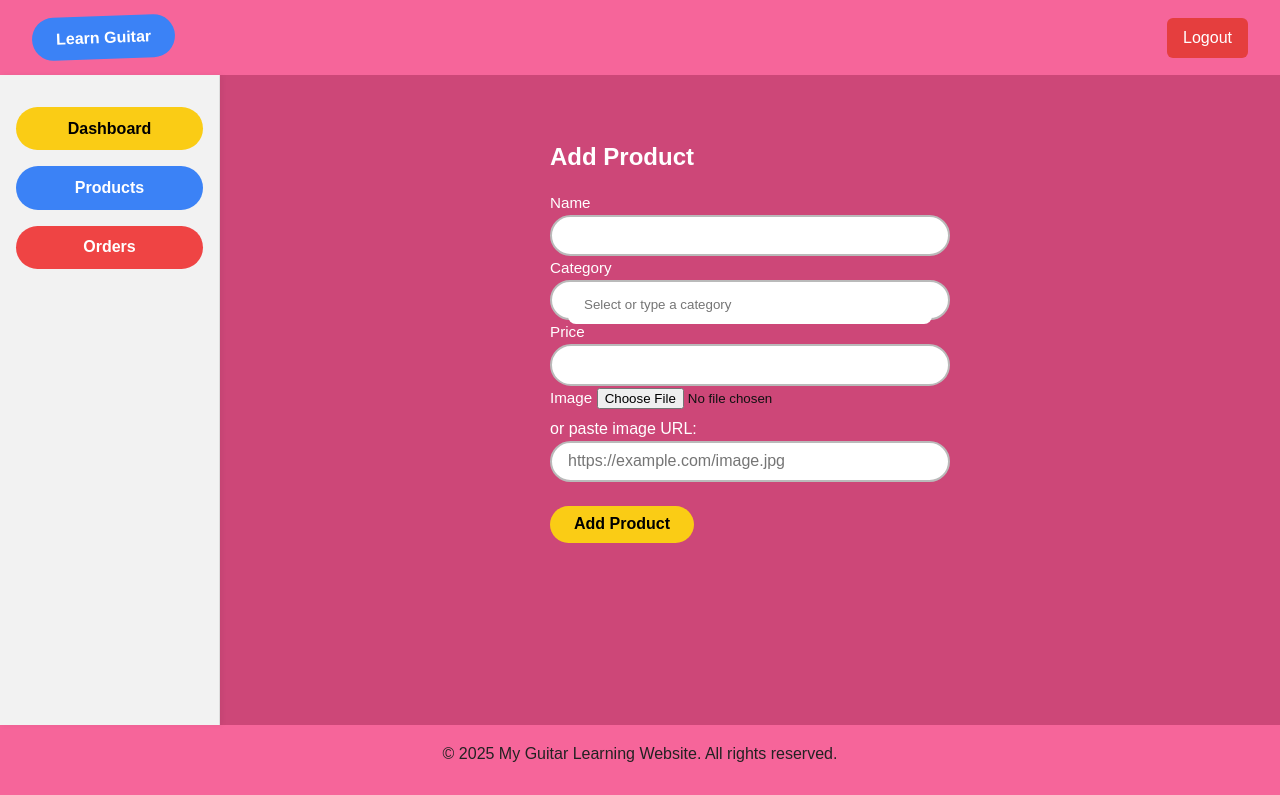
Repository: rywkoo/LearnGuitar
Page: templates/admin/addproduct.html
An editor plug-in stored every save of this project. The page is shown before and after the next save, followed by the edit.
The browser window is 1280 px wide. The pictures show the whole page.
The page is served by the project's application, run on Flask 3 (app.py). Other server files are loaded and not shown. The template is opened directly, without the code that normally fills it, so the values that code supplies are empty.

Above is the page before, as saved 2025-08-25 22:42:52.

### templates/admin/addproduct.html
{% extends "admin/admin_master.html" %}

{% block main_content %}


<style>
.custom-dropdown {
  position: relative;
  width: 100%;
  height: 40px;
}

.custom-dropdown input {
  width: 100%;
  height: 40px;
  padding: 1rem 1rem;
  margin-top: -20px;
  border-radius: 8px;
  border: 1px solid #ccc;
}

.dropdown-list {
  position: absolute;
  top: 100%;
  left: 0;
  right: 0;
  background: #fff;
  max-height: 150px;
  overflow-y: auto;
  border: 1px solid #ccc;
  border-radius: 8px;
  display: none;
  margin-top: 2px;
  z-index: 10;
}

.dropdown-list li {
  padding: 0.5rem;
  cursor: pointer;
}

.dropdown-list li:hover {
  background: #f0f0f0;
}

.dropdown-list li.other {
  font-style: italic;
  color: #555;
}
</style>


<div style="width: 400px; margin: 2rem auto;">
    <h2 style="color: white; margin-bottom: 1rem;">Add Product</h2>

    <form id="addProductForm" method="POST" enctype="multipart/form-data">
        <!-- Name -->
        <div class="mb-3">
            <label style="color: white;">Name</label>
            <input class="input" type="text" name="name" required>
        </div>

        <!-- Category -->
        <div class="mb-3">
            <label style="color: white;">Category</label>
            <div class="custom-dropdown input">
                <input
                    type="text"
                    id="categoryInput"
                    name="category"
                    placeholder="Select or type a category"
                    autocomplete="off"
                    value="{{ product['category'] if product else '' }}"
                    required
                    style="
                        background-color: white;
                        color: black;
                        border: none;
                        outline: none;
                        box-shadow: none;
                    "
                >

                <ul class="dropdown-list" id="categoryList">
                    {% for cat in categories %}
                        <li>{{ cat }}</li>
                    {% endfor %}
                    <li class="other">Other...</li>
                </ul>
            </div>
        </div>


        <!-- Price -->
        <div class="mb-3">
            <label style="color: white;">Price</label>
            <input class="input" type="number" name="price" required>
        </div>

        <!-- Image -->
        <div class="mb-3">
            <label style="color: white;">Image</label>
            <input type="file" name="image_file" accept="image/*" style="margin-bottom: 0.5rem;">
            <br>
            <span style="color: white;">or paste image URL:</span>
            <input class="input" type="text" name="image_url" placeholder="https://example.com/image.jpg">
        </div>

        <!-- Submit -->
    </br>
        <button class="btn btn-primary" type="submit">Add Product</button>
    </form>
</div>

<!-- Success Modal -->
<div id="successModal" style="
    display: none;
    position: fixed;
    inset: 0;
    background: rgba(0,0,0,0.5);
    justify-content: center;
    align-items: center;
    z-index: 999;
">
    <div style="
        background: #fff;
        padding: 2rem;
        border-radius: 12px;
        text-align: center;
        width: 300px;
    ">
        <div style="font-size: 3rem; color: green;">✔️</div>
        <h3>New Product Added!</h3>
    </div>
</div>

<script>
const form = document.getElementById('addProductForm');
const modal = document.getElementById('successModal');

form.addEventListener('submit', function(event) {
    event.preventDefault(); // Prevent default form submission

    const formData = new FormData(form);

    fetch(form.action || window.location.href, {
        method: 'POST',
        body: formData
    })
    .then(res => {
        if (res.ok) {
            // Show modal
            modal.style.display = 'flex';

            // Redirect to product list after 1.5s
            setTimeout(() => {
                window.location.href = "{{ url_for('admin_products') }}";
            }, 1500);
        } else {
            res.text().then(txt => alert('Error adding product: ' + txt));
        }
    })
    .catch(err => {
        console.error(err);
        alert('Error adding product.');
    });
});
</script>

<script>
const input = document.getElementById('categoryInput');
const list = document.getElementById('categoryList');

input.addEventListener('focus', () => {
  list.style.display = 'block';
});

input.addEventListener('input', () => {
  const value = input.value.toLowerCase();
  Array.from(list.children).forEach(li => {
    li.style.display = li.textContent.toLowerCase().includes(value) ? 'block' : 'none';
  });
});

Array.from(list.children).forEach(li => {
  li.addEventListener('click', () => {
    if (li.classList.contains('other')) {
      input.value = '';
      input.focus();
    } else {
      input.value = li.textContent;
    }
    list.style.display = 'none';
  });
});

document.addEventListener('click', e => {
  if (!e.target.closest('.custom-dropdown')) {
    list.style.display = 'none';
  }
});
</script>
{% endblock %}

### templates/admin/admin_master.html
<!DOCTYPE html>
<html lang="en">
<head>
  <meta charset="UTF-8">
  <title>{% block title %}My Flask App{% endblock %}</title>
  {% include "css.html" %}
</head>
<body style="margin:0; font-family: sans-serif;">

  <!-- ===== Navbar ===== -->
  <nav style="padding: 1rem 2rem; display: flex; justify-content: space-between; align-items: center; background: #f6659a; color:white;">
    <a href="/" class="btn btn-secondary btn-lg" style="transform: rotate(-2deg);">Learn Guitar</a>
    <div class="nav-links" style="display: flex; gap:5px;">
      <a href="/logout" style="padding: 0.5rem 1rem; background: #e53e3e; color:white; border-radius: 6px; text-decoration:none;">Logout</a>
    </div>
  </nav>

  <!-- ===== Layout Wrapper ===== -->
  <div style="display: flex; min-height: calc(100vh - 70px);">

    <!-- ===== Sidebar ===== -->
    <aside style="
      width: 220px;
      background: #f2f2f2;
      padding: 2rem 1rem;
      border-right: 1px solid #ddd;
      box-shadow: 2px 0 6px rgba(0,0,0,0.05);
    ">
      <nav style="display: flex; flex-direction: column; gap: 1rem;">
        <a class="btn btn-primary" href="/admin" >Dashboard</a>
        <a class="btn btn-secondary" href="/admin/products" >Products</a>
        <a class="btn btn-danger" href="/admin/orders" >Orders</a>
      </nav>
    </aside>

    <!-- ===== Main Content ===== -->
    <main style="flex: 1; padding: 2rem;">
      {% block main_content %}
      <!-- Page content will go here -->
      {% endblock %}
    </main>

  </div>

  <!-- ===== Footer ===== -->
  <footer style="text-align: center; padding: 1rem 1rem; background: #f6659a; color:white; border-top: 1px solid #f6659a;">
    <p>&copy; 2025 My Guitar Learning Website. All rights reserved.</p>
  </footer>

  {% include "script.html" %}

  <script src="https://unpkg.com/vue@3/dist/vue.global.js"></script>
</body>
</html>

### templates/css.html
<!-- css.html -->
<link rel="stylesheet" href="{{ url_for('static', filename='css/btn.css') }}">
<link rel="stylesheet" href="{{ url_for('static', filename='css/card.css') }}">
<link rel="stylesheet" href="{{ url_for('static', filename='css/input.css') }}">
<link rel="stylesheet" href="{{ url_for('static', filename='css/typography.css') }}">
<link rel="stylesheet" href="{{ url_for('static', filename='css/style.css') }}">
<link rel="stylesheet" href="{{ url_for('static', filename='css/animation.css') }}">
<link rel="stylesheet" href="{{ url_for('static', filename='css/lesson.css') }}">
<link rel="stylesheet" href="{{ url_for('static', filename='css/shop.css') }}">

### templates/script.html
<script src="https://cdn.jsdelivr.net/npm/sweetalert2@11"></script>
<script>
  // ===== Background Slider =====
  (function() {
    const bgSlider = document.querySelector('.hero-left .hero-bg-slider');
    if (!bgSlider) return; // Exit if element doesn't exist

    const images = [
      'https://www.uk-anime.net/images/bocchimain.png',
      'https://www.cnet.com/a/img/resize/3b4b3e192a9d75bd060ba4debe8d13a14caef990/hub/2024/07/06/b6981ace-771d-4971-8a9e-60e8c83bc66e/bocchi-the-rock-photo-1.jpg?auto=webp&fit=crop&height=900&width=1200',
      'https://www.uk-anime.net/images/bocchimain.png',
      'https://www.cnet.com/a/img/resize/3b4b3e192a9d75bd060ba4debe8d13a14caef990/hub/2024/07/06/b6981ace-771d-4971-8a9e-60e8c83bc66e/bocchi-the-rock-photo-1.jpg?auto=webp&fit=crop&height=900&width=1200'
    ];

    let current = 0;

    function changeBackground() {
      bgSlider.style.backgroundImage = `url(${images[current]})`;
      current = (current + 1) % images.length;
    }

    changeBackground();
    setInterval(changeBackground, 5000);
  })();
</script>

<script>
  // ===== Quantity Adjust =====
  function adjustQty(delta) {
    const input = document.getElementById('quantityInput');
    if (!input) return; // Exit if element doesn't exist

    let value = parseInt(input.value);
    if (!isNaN(value)) {
      input.value = Math.max(1, value + delta);
    }
  }
</script>

### app.py
from flask import Flask, render_template, request, redirect, url_for, flash, session, jsonify
from flask_mail import Mail, Message
import json
import requests
from datetime import date
from dotenv import load_dotenv
import os
from reportlab.lib.pagesizes import letter
from reportlab.pdfgen import canvas

app = Flask(__name__)
app.secret_key = "741e4fa4-f067-4aec-b48d-deb18e9cca92"

import route

@app.route("/components")
def components():
    return render_template("component.html")

if __name__ == "__main__":
    app.run(debug=True)

### static/css/btn.css
.btn {
  display: inline-block;
  padding: 0.6rem 1.5rem;
  border-radius: 9999px;  /* fully rounded */
  border: none;
  cursor: pointer;
  font-weight: 600;
  text-decoration: none;
  transition: background 0.2s, box-shadow 0.2s;
  font-size: 1rem;

  /* Add shadow */
/* flat shadow downwards */
}

/* Optional: hover effect (slightly stronger shadow) */
.btn:hover {
  box-shadow: 0 3px 0 #45454576;
}

/* Primary: Yellow bg, black text */
.btn-primary {
  background: #facc15;
  color: #000;
}

/* Secondary: Blue bg, white text */
.btn-secondary {
  background: #3b82f6;
  color: #fff;
}

/* Danger: Red bg, white text */
.btn-danger {
  background: #ef4444;
  color: #fff;
}

### static/css/card.css
/* ===== Base Card Component ===== */
.card {
  border-radius: 16px;       /* rounded corners */
  padding: 1.5rem;
  margin-bottom: 1.5rem;
  transition: box-shadow 0.3s, transform 0.2s;
  color: #111;               /* default text color */
  box-shadow: 0 4px 0 #888888; /* default flat shadow */
}

.card:hover {
  transform: translateY(-2px);
  box-shadow: 0 6px 0 #888888; /* slightly longer shadow on hover */
}

/* ===== Card Variants ===== */

/* Primary - Pink */
.card-pink {
  background: #f6659a;       /* light pink */
  box-shadow: 0 4px 0 #d35c7f;
}
.card-pink:hover {
  box-shadow: 0 6px 0 #af4d6b;
}

/* Secondary - Yellow */
.card-yellow {
  background: #facc15;       /* yellow */
  box-shadow: 0 4px 0 #d4a90f;
}
.card-yellow:hover {
  box-shadow: 0 6px 0 #e0b01a;
}

/* Danger/Accent - Blue */
.card-blue {
  background: #3b82f6;       /* blue */
  color: #fff;               /* white text for contrast */
  box-shadow: 0 4px 0 #2563eb;
}
.card-blue:hover {
  box-shadow: 0 6px 0 #1d4ed8;
}

/* Card header */
.card h2 {
  font-size: 1.25rem;
  margin-bottom: 0.8rem;
}

/* Card paragraph/text */
.card p {
  font-size: 1rem;
}

### static/css/input.css
/* ===== Input Fields ===== */
* {
  margin: 0;
  padding: 0;
  box-sizing: border-box; /* ensures padding is included in width */
}


.input {
  width: 100%;
  padding: 0.6rem 1rem;
  border: 2px solid #bababa;   /* gray border matching shadow */
  border-radius: 9999px;       /* fully rounded, like buttons */
  background: #ffffff;         /* very light pink background */
  font-size: 1rem;
  outline: none;
  transition: border-color 0.2s, box-shadow 0.2s;
  color: #111;                 /* dark text */
}

### static/css/typography.css
/* ===== Global Text Settings ===== */
body {
  font-family: 'Segoe UI', Tahoma, Geneva, Verdana, sans-serif;
  color: #111;       /* dark text for readability */
  line-height: 1.5;
  background: #fffafc; /* subtle light background */
}

/* ===== Headings ===== */
h1 {
  font-size: 2rem;
  font-weight: 700;
  margin-bottom: 1rem;
  color: #111;
}

h2 {
  font-size: 1.5rem;
  font-weight: 600;
  margin-bottom: 0.8rem;
  color: #111;
}

h3 {
  font-size: 1.25rem;
  font-weight: 500;
  margin-bottom: 0.6rem;
  color: #111;
}

/* ===== Paragraphs ===== */
p {
  font-size: 1rem;
  margin-bottom: 0.8rem;
  color: #222;  /* slightly lighter than headings */
}

/* ===== Labels ===== */
label {
  font-size: 0.95rem;
  font-weight: 500;
  color: #111;
}

/* ===== Links ===== */
a {
  text-decoration: none;
  transition: color 0.2s;
}

a:hover {
  text-decoration: none;
}

/* ===== Small Text ===== */
small {
  font-size: 0.85rem;
  color: #ffffff;
}

/* ===== Button Text ===== */
.btn {
  font-family: inherit; /* use same font as body */
  font-weight: 600;
  font-size: 1rem;
  text-align: center;
}

### static/css/style.css
body {
    background-color: #cd4778;
}

### static/css/animation.css

/* Animate background position horizontally */
@keyframes slideBg {
  0% { background-position: 0% center; }
  25% { background-position: 100% center; }
  50% { background-position: 200% center; }
  75% { background-position: 300% center; }
  100% { background-position: 400% center; }
}

### static/css/lesson.css
/* ===== Lesson Cards ===== */
.lesson-card {
  display: flex;
  align-items: center;
  gap: 1rem;
  padding: 1rem 1.5rem;
  border-radius: 16px;
  box-shadow: 0 4px 0 #888888; /* flat shadow downward */
  background: #fff;
  transition: transform 0.2s, box-shadow 0.2s;
}

.lesson-card:hover {
  transform: translateY(-3px);
  box-shadow: 0 6px 0 #666666;
}

/* Lesson image on the left */
.lesson-image img {
  width: 100px;
  height: 100px;
  object-fit: cover;
  border-radius: 8px;
}

/* Title in the middle */
.lesson-title {
  flex: 1;
  font-size: 1.2rem;
  color: #111;
}

/* Button on the right */
.lesson-action .btn {
  padding: 0.5rem 1.2rem;
  font-size: 1rem;
}

/* Optional: responsive for small screens */
@media (max-width: 600px) {
  .lesson-card {
    flex-direction: column;
    align-items: flex-start;
  }
  .lesson-action {
    width: 100%;
    margin-top: 0.5rem;
  }
}

### static/css/shop.css
/* ===== Shop Container ===== */

.hidden-card {
    display: none !important;
}

.shop-container {
  display: flex;
  gap: 2rem;
  padding: 2rem;
  max-width: 1400px;    /* limit width */
  margin: 0 auto;       /* center horizontally */
  box-sizing: border-box;
}

/* ===== Shop Sidebar ===== */
.shop-sidebar {
  width: 400px;
  flex-shrink: 0;
  background: #f5f5f5;
  padding: 1.5rem;
  border-radius: 16px;
  box-shadow: 0 4px 0 #ccc;
  display: flex;
  flex-direction: column;
  gap: 1.5rem;
  position: sticky;
  top: 1rem;
  height: fit-content;
}

/* Sidebar headings */
.shop-sidebar h3 {
  font-size: 1.1rem;
  font-weight: 600;
  color: #111;
  margin-bottom: 0.5rem;
}

/* Inputs inside sidebar */
.shop-sidebar input[type="text"],
.shop-sidebar input[type="checkbox"] {
  margin-bottom: 0.5rem;
}

/* Checkbox labels */
.shop-sidebar label {
  display: flex;
  align-items: center;
  gap: 0.5rem;
  font-size: 0.9rem;
  color: #111;
  cursor: pointer;
}

/* Filter button */
.shop-sidebar .btn-filter {
  background: #3b82f6;
  color: #fff;
  padding: 0.6rem 1rem;
  border-radius: 12px;
  font-weight: 600;
  border: none;
  cursor: pointer;
  transition: background 0.2s, box-shadow 0.2s;
}
.shop-sidebar .btn-filter:hover {
  background: #2563eb;
  box-shadow: 0 3px 0 #666;
}

/* ===== Shop Products Grid ===== */
.shop-products {
  display: grid;
  grid-template-columns: repeat(auto-fill, minmax(250px, 1fr));
  gap: 1rem;
  flex: 1;
}

/* ===== Shop / Instrument Card ===== */
.shop-card {
  display: flex;
  flex-direction: column;
  align-items: center;
  gap: 0.5rem;
  padding: 1rem;
  border-radius: 16px;
  box-shadow: 0 4px 0 #888;
  background: #fff;
  transition: transform 0.2s, box-shadow 0.2s;
}
.shop-card:hover {
  transform: translateY(-3px);
  box-shadow: 0 6px 0 #666;
}

/* Category badge */
.shop-card .shop-category {
  padding: 0.2rem 0.6rem;
  border-radius: 12px;
  background-color: #facc15;
  color: #111;
  font-size: 0.8rem;
  font-weight: 600;
  text-transform: uppercase;
}

/* Instrument image */
.shop-card img {
  width: 100%;
  aspect-ratio: 1 / 1;
  object-fit: cover;
  border-radius: 12px;
}

/* Instrument title */
.shop-card .shop-title {
  font-size: 1.1rem;
  font-weight: 600;
  text-align: center;
  color: #111;
}

/* Price */
.shop-card .shop-price {
  font-size: 1rem;
  font-weight: 500;
  color: #444;
}

/* Add to Cart button */
.shop-card .btn-add {
  padding: 0.5rem 1rem;
  margin-top: 0.5rem;
  width: 100%;
  text-align: center;
  border-radius: 12px;
}

/* ===== Responsive adjustments ===== */
@media (max-width: 992px) {
  .shop-container {
    flex-direction: column;
  }

  .shop-sidebar {
    width: 100%;
    position: relative;
    top: auto;
    box-shadow: none;
    border-radius: 0;
    padding: 1rem 0;
  }

  .shop-products {
    grid-template-columns: repeat(auto-fill, minmax(200px, 1fr));
  }
}

After the next save:
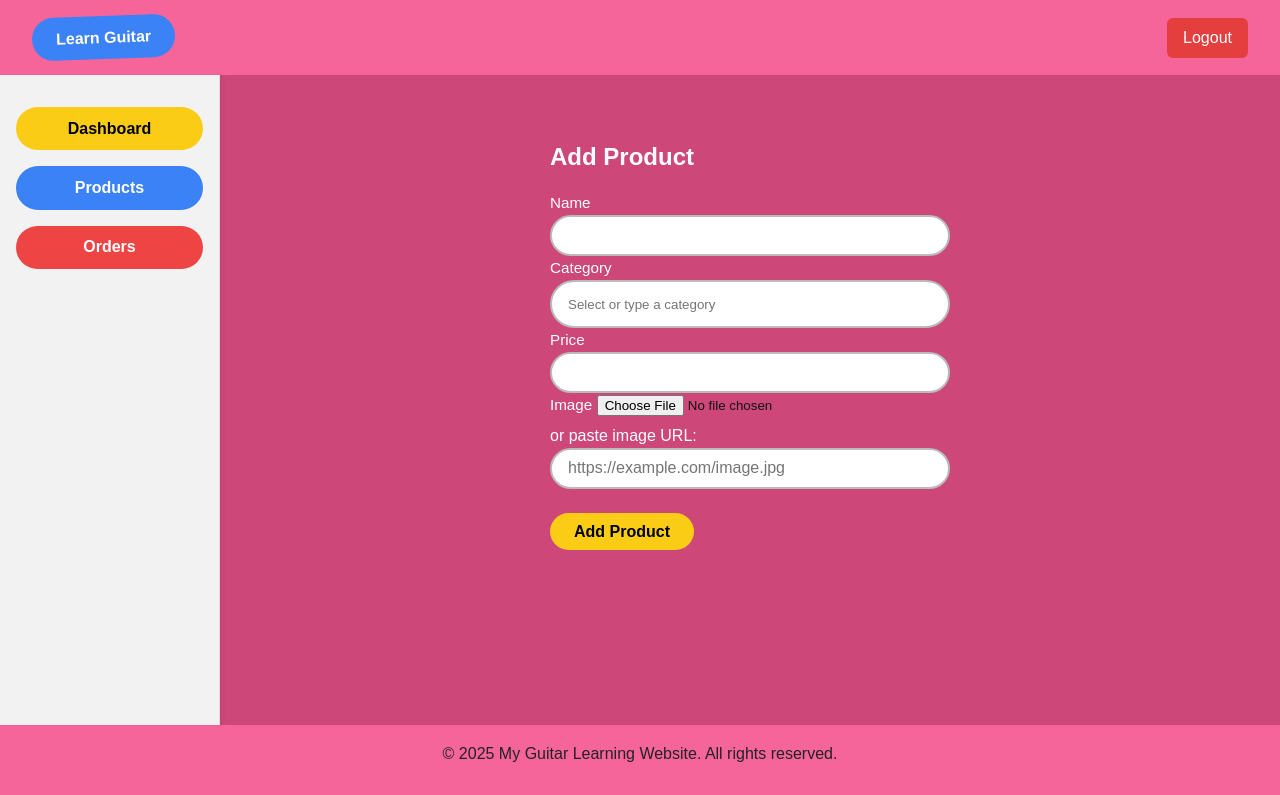
Saved 22 s later.
--- a/templates/admin/addproduct.html
+++ b/templates/admin/addproduct.html
@@ -63,7 +63,7 @@
         <!-- Category -->
         <div class="mb-3">
             <label style="color: white;">Category</label>
-            <div class="custom-dropdown input">
+            <div class=" input">
                 <input
                     type="text"
                     id="categoryInput"
